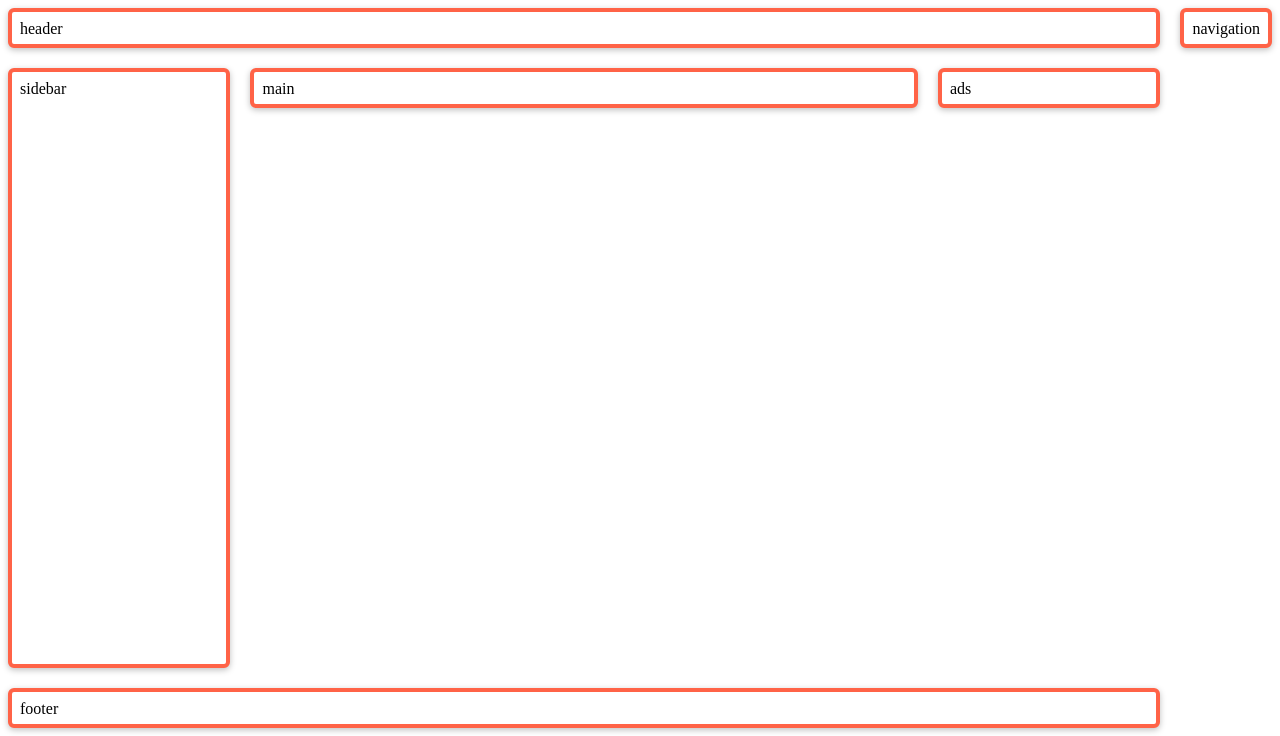
Repository: cokoduwa/css-layouts
Page: grid-exercises/03-page-layout/layout.html
These files come from the project's save history. The page is drawn as it stood at one moment and after the next save; the edit follows.
The browser window is 1280 px wide. The pictures show the whole page.

Above is the page before, as saved 2022-09-30 21:55:46.

After the next save:
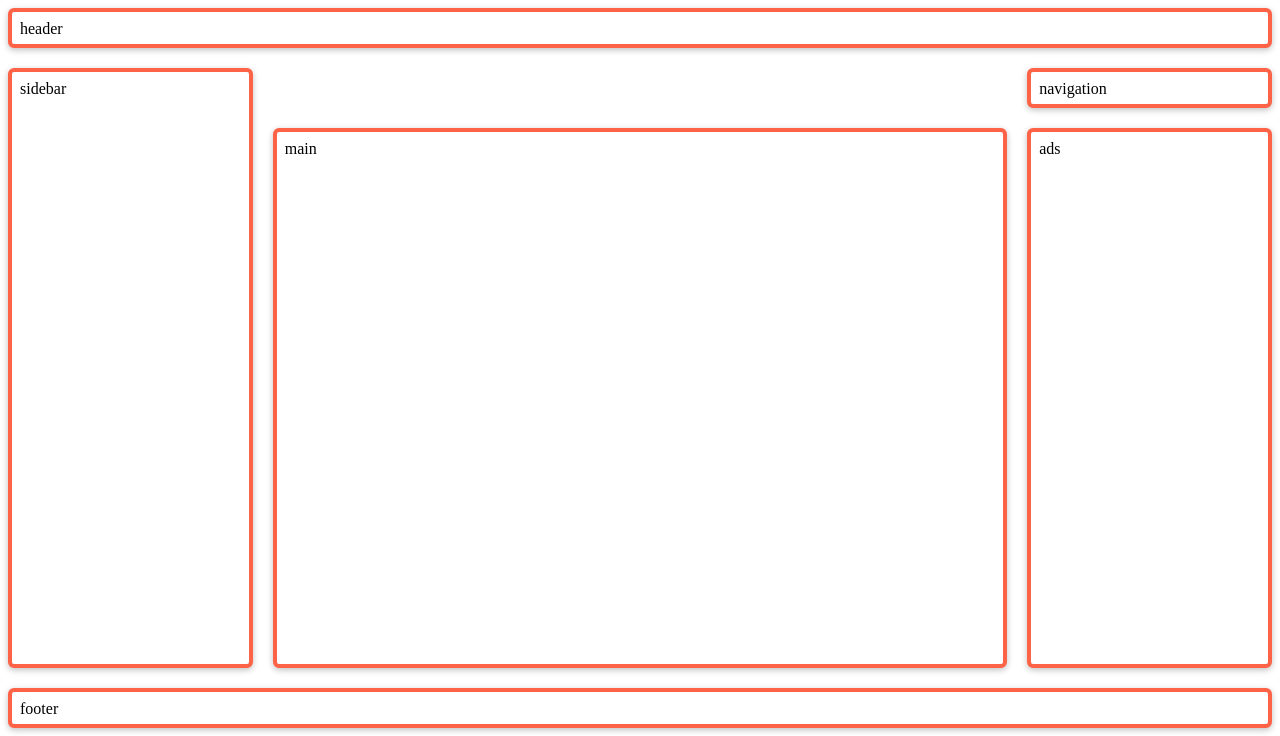
Saved 40 s later.
--- a/grid-exercises/03-page-layout/style.css
+++ b/grid-exercises/03-page-layout/style.css
@@ -28,7 +28,7 @@
 }
 
 .navigation {
-  grid-column-start: 4;
+  grid-column-start: -2;
 }
 
 .footer {

After the save that followed:
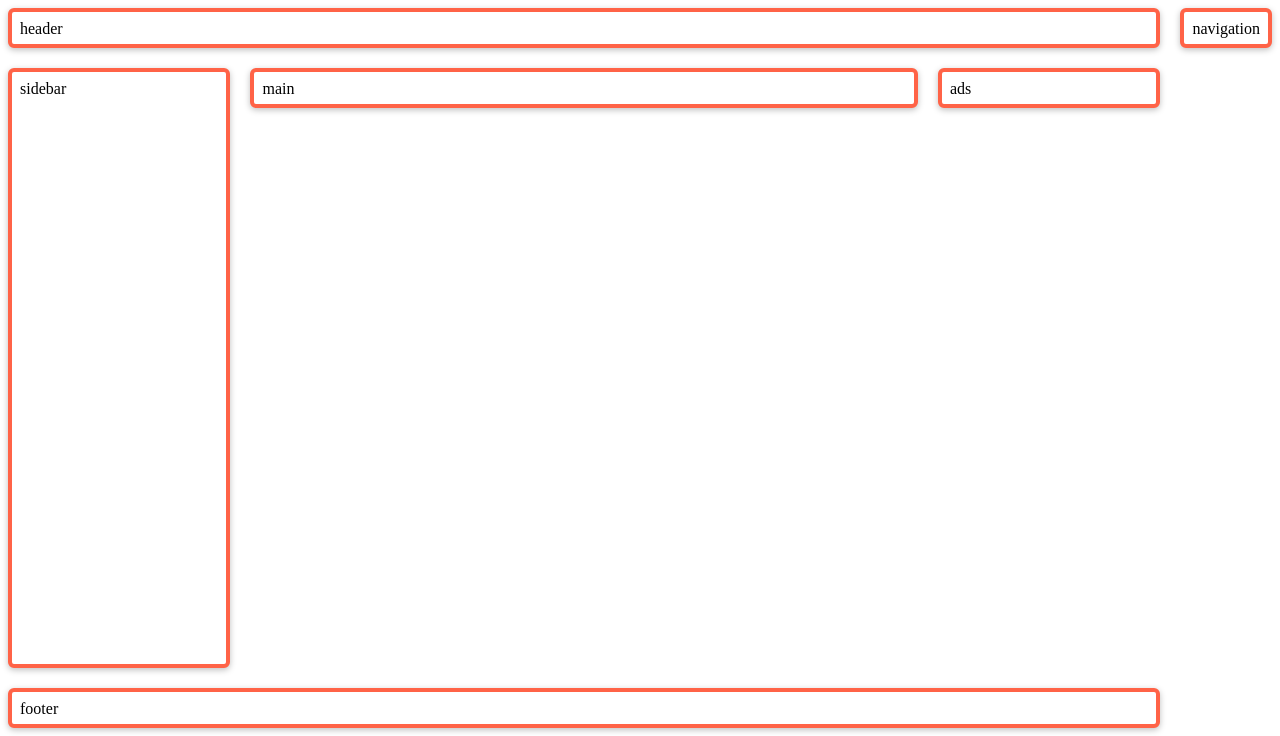
Saved 30 s later.
--- a/grid-exercises/03-page-layout/style.css
+++ b/grid-exercises/03-page-layout/style.css
@@ -28,7 +28,7 @@
 }
 
 .navigation {
-  grid-column-start: -2;
+  grid-column-start: -1;
 }
 
 .footer {
